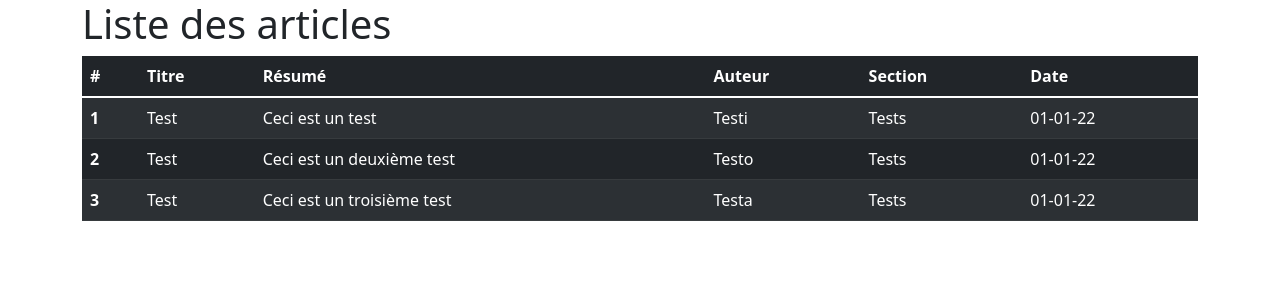
Repository: QuentinFayt/NewsWeb
Page: sources/adminNewsWeb/articlesList.html
The author's editor kept a copy of each file at every save. The page is drawn from the files as they stood at one save, then again after the next save.
The browser window is 1280 px wide. The pictures show the whole page.

Above is the page before, as saved 2021-12-23 11:55:00.

### sources/adminNewsWeb/articlesList.html
<!doctype html>
<html lang="fr">

<head>
    <meta charset="utf-8">
    <meta name="viewport" content="width=device-width, initial-scale=1">
    <link href="https://cdn.jsdelivr.net/npm/bootstrap@5.1.3/dist/css/bootstrap.min.css" rel="stylesheet" integrity="sha384-1BmE4kWBq78iYhFldvKuhfTAU6auU8tT94WrHftjDbrCEXSU1oBoqyl2QvZ6jIW3" crossorigin="anonymous">
    <title>Liste des articles</title>
</head>

<body>
    <main class="container">
        <h1>Liste des articles</h1>
        <table class="table table-dark table-striped">
            <thead>
                <tr>
                    <th scope="col">#</th>
                    <th scope="col">Titre</th>
                    <th scope="col">Résumé</th>
                    <th scope="col">Auteur</th>
                    <th scope="col">Section</th>
                    <th scope="col">Date</th>
                </tr>
            </thead>
            <tbody>
                <tr>
                    <th scope="row">1</th>
                    <td>Test</td>
                    <td>Ceci est un test</td>
                    <td>Testi</td>
                    <td>Tests</td>
                    <td>01-01-22</td>
                </tr>
                <tr>
                    <th scope="row">2</th>
                    <td>Test</td>
                    <td>Ceci est un deuxième test</td>
                    <td>Testo</td>
                    <td>Tests</td>
                    <td>01-01-22</td>
                </tr>
                <tr>
                    <th scope="row">3</th>
                    <td>Test</td>
                    <td>Ceci est un troisième test</td>
                    <td>Testa</td>
                    <td>Tests</td>
                    <td>01-01-22</td>
                </tr>
            </tbody>
        </table>
    </main>
    <script src="https://cdn.jsdelivr.net/npm/bootstrap@5.1.3/dist/js/bootstrap.bundle.min.js" integrity="sha384-ka7Sk0Gln4gmtz2MlQnikT1wXgYsOg+OMhuP+IlRH9sENBO0LRn5q+8nbTov4+1p" crossorigin="anonymous"></script>
</body>

</html>

After the next save:
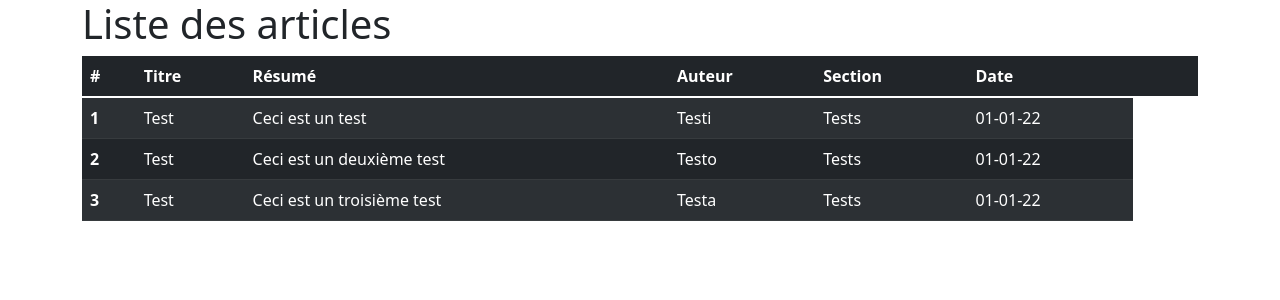
Saved 2 min 27 s later.
--- a/sources/adminNewsWeb/articlesList.html
+++ b/sources/adminNewsWeb/articlesList.html
@@ -20,6 +20,8 @@
                     <th scope="col">Auteur</th>
                     <th scope="col">Section</th>
                     <th scope="col">Date</th>
+                    <th scope="col"></th>
+                    <th scope="col"></th>
                 </tr>
             </thead>
             <tbody>
